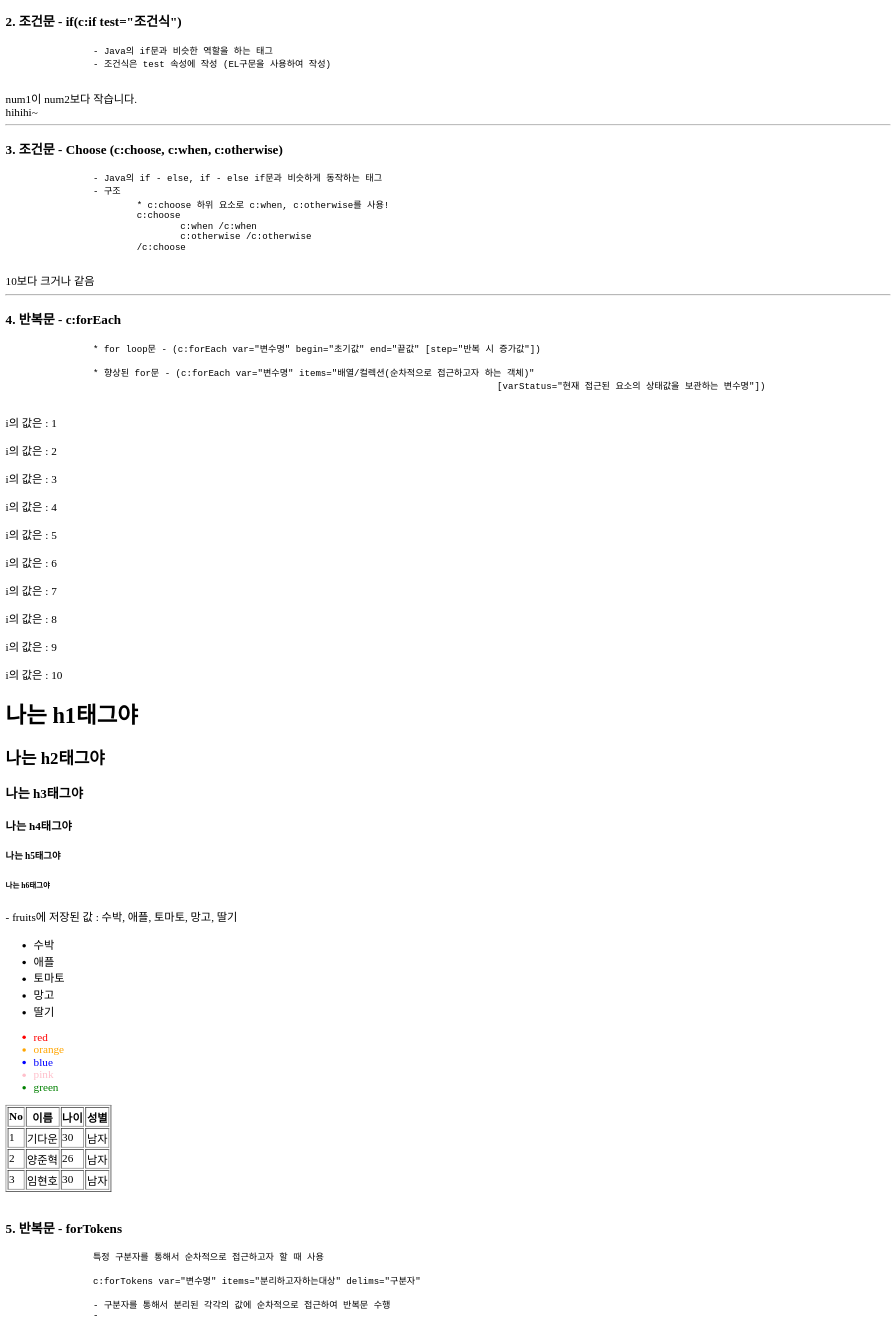
Repository: Developer-Choi-Jae-Young/ServletPractice
Page: http://localhost/3_elAction/views/3_Custom_Action/01_core.jsp
An editor plug-in stored every save of this project. The page is shown before and after the next save, followed by the edit.
The browser window is 1280 px wide. The pictures show the part of the page from y = 798 to 2718 px (the page is 2714 px tall before and 2718 px after), at 70% of full size.
The page is served by Tomcat 9. Other server files are loaded and not shown.

Above is the page before, as saved 2024-08-27 06:26:08.

### 3_elAction/src/main/webapp/views/3_Custom_Action/01_core.jsp
<%@page import="java.util.ArrayList"%>
<%@page import="com.kh.model.vo.Person"%>
<%@ page language="java" contentType="text/html; charset=UTF-8"
    pageEncoding="UTF-8"%>
<%@ taglib prefix="c" uri="http://java.sun.com/jsp/jstl/core" %>
<!DOCTYPE html>
<html>
<head>
<meta charset="UTF-8">
<title>Custom Action Tag - Core</title>
</head>
<body>
	<h1>JSTL Core Library</h1>

	<h3>1. 변수</h3>
	<pre>
		* 변수 선언과 동시에 초기화 (c:set var="변수명" value="값" [scope="저장객체"])
			- 변수 선언하고 초기화까지의 기능을 제공
			- 해당 변수의 저장된 값을 어떤 scope에 setAttribute를 통해서 담아둘 지 결정
			=> c:set 으로 선언한 변수는 반드시 EL로 접근해야 함!
	</pre>

	<%-- num1 이라는 변수에 10이라는 값을 저장 --%>
	<c:set var="num1" value="10"/> <!-- pageScope.setAttribute("num1", 10) -->

	<%-- request 영역에 num2라는 변수에 20이라는 값을 저장 --%>
	<c:set var="num2" value="20" scope="request"/>

	<p>num1 : ${ num1 }</p>
	<p>num2 : ${ num2 }</p>

	<%-- num1과 num2의 합을 저장한 addNum이라는 변수를 session 영역에 저장 --%>
	<c:set var="addNum" value="${ num1 + num2 }" scope="session"/>

	<p>addNum : ${ addNum }</p>

	<%-- value 속성 대신 시작태그와 종료태그 사이에 초기값 지정 가능 --%>
	<c:set var="result">9999</c:set>

	<p>${ result }</p>

	<c:set var="result" value="7777" scope="request"/>
	<hr>

	<pre>
		* 변수 삭제 (c:remove var="삭제할 변수명" [scope-"삭제하고자하는 영역"])
			- 해당 scope 영역에 저장되어 있는 변수를 찾아 제거하는 태그
			=> 해당 scope에 .removeAttribute() 를 사용하여 제거하는 것과 동일하게 처리됨
	</pre>

	<%-- addNum 변수를 삭제 --%>
	<p>addNum : ${ addNum }</p>
	<c:remove var="addNum" scope="session"/>
	<p> 제거 후 addNum : ${ addNum }</p>
	<p>page scope 에 저장된 result : ${ pageScope.result }</p>
	<p>request scope 에 저장된 result : ${ requestScope.result }</p>

	<c:remove var="result"/>

	<p>scope 속성 없이 제거 : ${ pageScope.result }, ${ requestScope.result }</p>

	<hr>

	<pre>
		* 변수(데이터) 출력 (c:out value="출력하고자 하는 값"
								[default="기본값"]
								[escapeXml="true|false"])
	</pre>

	<%-- addNum에 저장된 값을 출력 --%>
	<c:out value="${ addNum }"/>
	<c:out value="${ addNum }" default="데이터 없음"/>

	<%-- outData라는 변수에 "<b>강조태그!!!</b>" 값을 저장 --%>
	<c:set var="outData" value="<b>강조태그!!!</b>"/>
	<c:out value="${ outData }"/> <%-- escapeXml 속성이 true(기본값) -> 출력데이터에 태그가 포함되어 있는 경우 해석되지 않음 --%>
	<c:out value="${ outData }" escapeXml="false"/>

	<hr>

	<h3>2. 조건문 - if(c:if test="조건식")</h3>
	<pre>
		- Java의 if문과 비슷한 역할을 하는 태그
		- 조건식은 test 속성에 작성 (EL구문을 사용하여 작성)
	</pre>

	<%-- num1이 num2보다 큰가? --%>

	<%-- JSTL로 선언된 변수는 접근 불가 (EL로만 접근 가능)
	<% if(num1 > num2) { %>
	<% } %>
	--%>

	<c:if test="${ num1 > num2 }">
		num1이 num2보다 큽니다.
	</c:if>
	<c:if test="${ num1 lt num2 }">
		num1이 num2보다 작습니다.
	</c:if>
	<br>
	<c:set var="hi" value="안녕"/>
	<%--
			hi 변수에 저장된 값이 "안녕"일 경우 hihihi~ 출력
							  그렇지 않은 경우 byebye 출력
	--%>
	<c:if test="${ hi == '안녕' }">
		hihihi~	<br>
	</c:if>
	<c:if test="${ hi != '안녕' }">
		byebye <br>
	</c:if>

	<hr>

	<h3>3. 조건문 - Choose (c:choose, c:when, c:otherwise)</h3>
	<pre>
		- Java의 if - else, if - else if문과 비슷하게 동작하는 태그
		- 구조
			* c:choose 하위 요소로 c:when, c:otherwise를 사용!
			c:choose
				c:when /c:when
				c:otherwise /c:otherwise
			/c:choose
	</pre>

	<%-- num1의 값이 20보다 크면 "20보다 큼"
					, 10보다 크거나 같으면 "10보다 크거나같음"
					, 그렇지 않으면 "10보다 작음" 을 출력 --%>
	<%--
	<% if(num1 > 20) { %>
		20보다 큼
	<% } else if(num1 >= 10) {%>
	<% } else { %>
	<% } %>
	--%>

	<c:choose>
		<c:when test="${ num1 gt 20 }">20보다 큼</c:when>
		<c:when test="${ num1 ge 10 }">10보다 크거나 같음</c:when>
		<c:otherwise>10보다 작음</c:otherwise>
	</c:choose>

	<hr>
	<h3>4. 반복문 - c:forEach</h3>
	<pre>
		* for loop문 - (c:forEach var="변수명" begin="초기값" end="끝값" [step="반복 시 증가값"])

		* 향상된 for문 - (c:forEach var="변수명" items="배열/컬렉션(순차적으로 접근하고자 하는 객체)"
											  [varStatus="현재 접근된 요소의 상태값을 보관하는 변수명"])
	</pre>
	<%--
	<%
		for(int i=0; i<10; i++) {
	%>
		<p>i의 값은 : <%= i %> </p>
	<% } %>
	--%>
	<c:forEach var="i" begin="1" end="10">
		<p>i의 값은 : ${ i }</p>
	</c:forEach>

	<%-- h1 ~ h6 태그를 출력하는데, "나느 hx태그야" --%>
	<c:forEach var="t" begin="1" end="6">
		<c:out value="<h${ t }>나는 h${ t }태그야</h${ t }>" escapeXml="false"/>
	</c:forEach>

	<c:set var="fruits">
		수박, 애플, 토마토, 망고, 딸기
	</c:set>

	- fruits에 저장된 값 : ${ fruits }

	<ul>
		<c:forEach var="f" items="${ fruits }">
			<li>${ f }</li>
		</c:forEach>
	</ul>

	<%--
		colors라는 변수에 4가지의 색상을 콤마(,)로 구분하여 저장
		목록 태그로 해당 글자 색생을 출력
	 --%>

	 <c:set var="colors">
	 	red, orange, blue, pink, green
	 </c:set>

	 <ul>
	 <c:forEach var="c" items="${ colors }">
	 	<li style="color: ${ c }">${ c }</li>
	 </c:forEach>
	 </ul>

	 <%
	 	ArrayList<Person> list = new ArrayList<>();

	 	list.add(new Person("기다운", 30, "남자"));
	 	list.add(new Person("양준혁", 26, "남자"));
	 	list.add(new Person("임현호", 30, "남자"));
	 %>
	 <%-- request.setAttribute("pList", list); --%>
	 <c:set var="pList" value="<%= list %>" scope="request"/>

	 <table border="1">
	 	<thead>
	 		<tr>
	 			<th>No</th>
	 			<th>이름</th>
	 			<th>나이</th>
	 			<th>성별</th>
	 		</tr>
	 	</thead>
	 	<tbody>
	 		<%--
	 		<% if(list.isEmpty()) { %>
	 			<tr>
	 				<td colspan="4"> 조회된 결과가 없습니다.</td>
	 			</tr>
	 		<% } else { %>
	 		<% for(int i =0; i < list.size(); i++) { %>
	 			<tr>
	 				<td> <%= i %></td>
	 				<td> <%= list.get(i).getName() %></td>
	 				<td> <%= list.get(i).getAge() %></td>
	 				<td> <%= list.get(i).getGender() %></td>
	 			</tr>
	 		<% } %>
	 		<% } %>
	 		 --%>
	 		<c:choose>
	 		<c:when test="${ empty pList }">
	 			<tr>
	 				<td colspan="4"> 조회된 결과가 없습니다.</td>
	 			</tr>
	 		</c:when>
	 		<c:otherwise>
	 			<c:forEach var="p" items="${ pList }" varStatus="s">
	 			<tr>
	 				<td>${ s.count }</td>
	 				<td>${ p.name }</td>
	 				<td>${ p.age }</td>
	 				<td>${ p.gender }</td>
	 			</tr>
			 </c:forEach>
	 		</c:otherwise>
	 		</c:choose>
	 	</tbody>
	 </table>

	 <br>

	 <h3>5. 반복문 - forTokens</h3>
	 <pre>
	 	특정 구분자를 통해서 순차적으로 접근하고자 할 때 사용

	 	c:forTokens var="변수명" items="분리하고자하는대상" delims="구분자"

	 	- 구분자를 통해서 분리된 각각의 값에 순차적으로 접근하여 반복문 수행
	 	-
	 </pre>
</body>
</html>

### 3_elAction/src/main/java/com/kh/model/vo/Person.java
package com.kh.model.vo;

public class Person {
	private String name;
	private int age;
	private String gender;

	public Person() {

	}

	public Person(String name, int age, String gender) {
		this.name = name;
		this.gender = gender;
		this.age = age;
	}

	public String getName() {
		return name;
	}

	public void setName(String name) {
		this.name = name;
	}

	public int getAge() {
		return age;
	}

	public void setAge(int age) {
		this.age = age;
	}

	public String getGender() {
		return gender;
	}

	public void setGender(String gender) {
		this.gender = gender;
	}

	@Override
	public String toString() {
		return "Person [name=" + name + ", age=" + age + ", gender=" + gender + "]";
	}
}

After the next save:
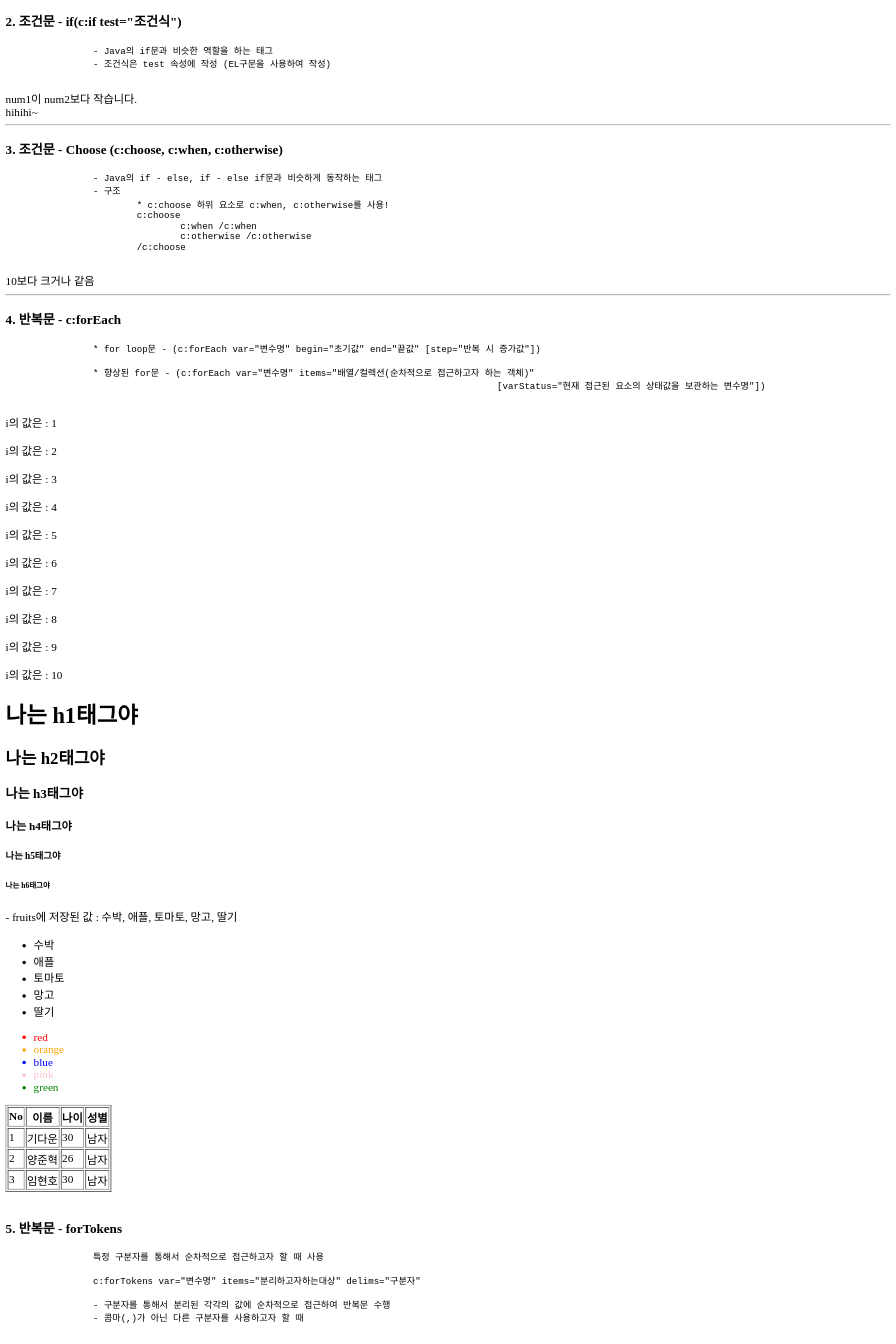
Saved 13 s later.
--- a/3_elAction/src/main/webapp/views/3_Custom_Action/01_core.jsp
+++ b/3_elAction/src/main/webapp/views/3_Custom_Action/01_core.jsp
@@ -256,7 +256,7 @@
 	 	c:forTokens var="변수명" items="분리하고자하는대상" delims="구분자"
 
 	 	- 구분자를 통해서 분리된 각각의 값에 순차적으로 접근하여 반복문 수행
-	 	-
+	 	- 콤마(,)가 아닌 다른 구분자를 사용하고자 할 때
 	 </pre>
 </body>
 </html>
